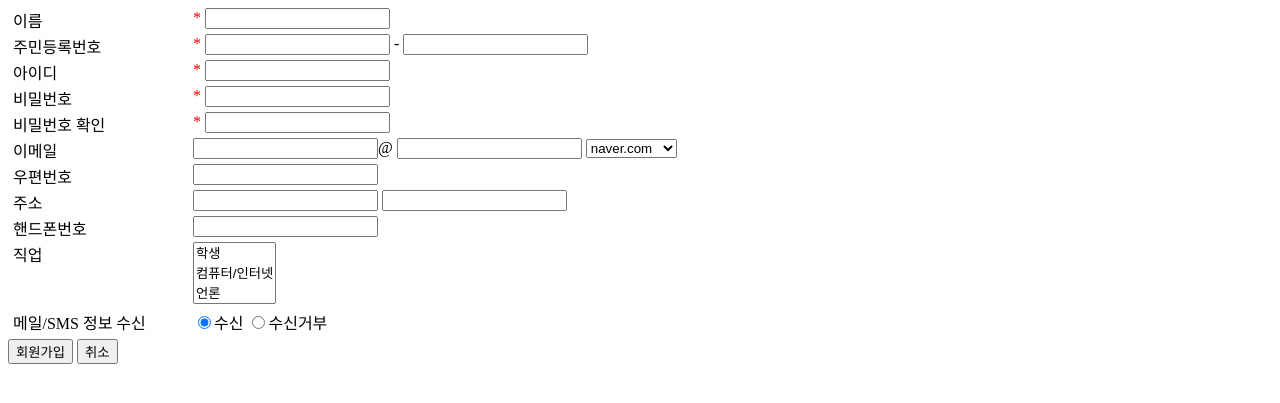
Repository: BartsimisraB/JavaPractice_
Page: http://localhost/JSPpractice2/Join.jsp
The author's editor kept a copy of each file at every save. The page is drawn from the files as they stood at one save, then again after the next save.
The browser window is 1280 px wide. The pictures show the whole page.
The page is served by Tomcat 9.

Above is the page before, as saved 2023-01-12 05:43:57.

After the next save:
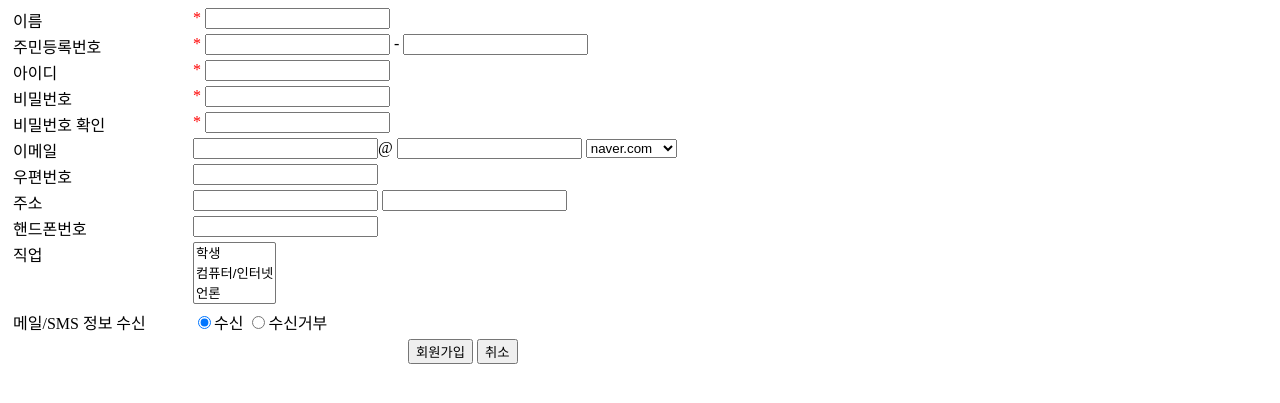
Saved 38 s later.
--- a/JSPpractice2/src/main/webapp/Join.jsp
+++ b/JSPpractice2/src/main/webapp/Join.jsp
@@ -59,7 +59,7 @@
             <input type="radio" name="info" id="info" value="ok" checked/>수신
             <input type="radio" name="info" id="info" value="no" />수신거부
       </div>
-        <input type="button" value="회원가입" onclick = "checkform()"> <input type="reset" value="취소">
+        <input id="confirm" type="submit" value="회원가입"> <input id="reset" type="reset" value="취소">
     </form>
 </body>
 </html>
